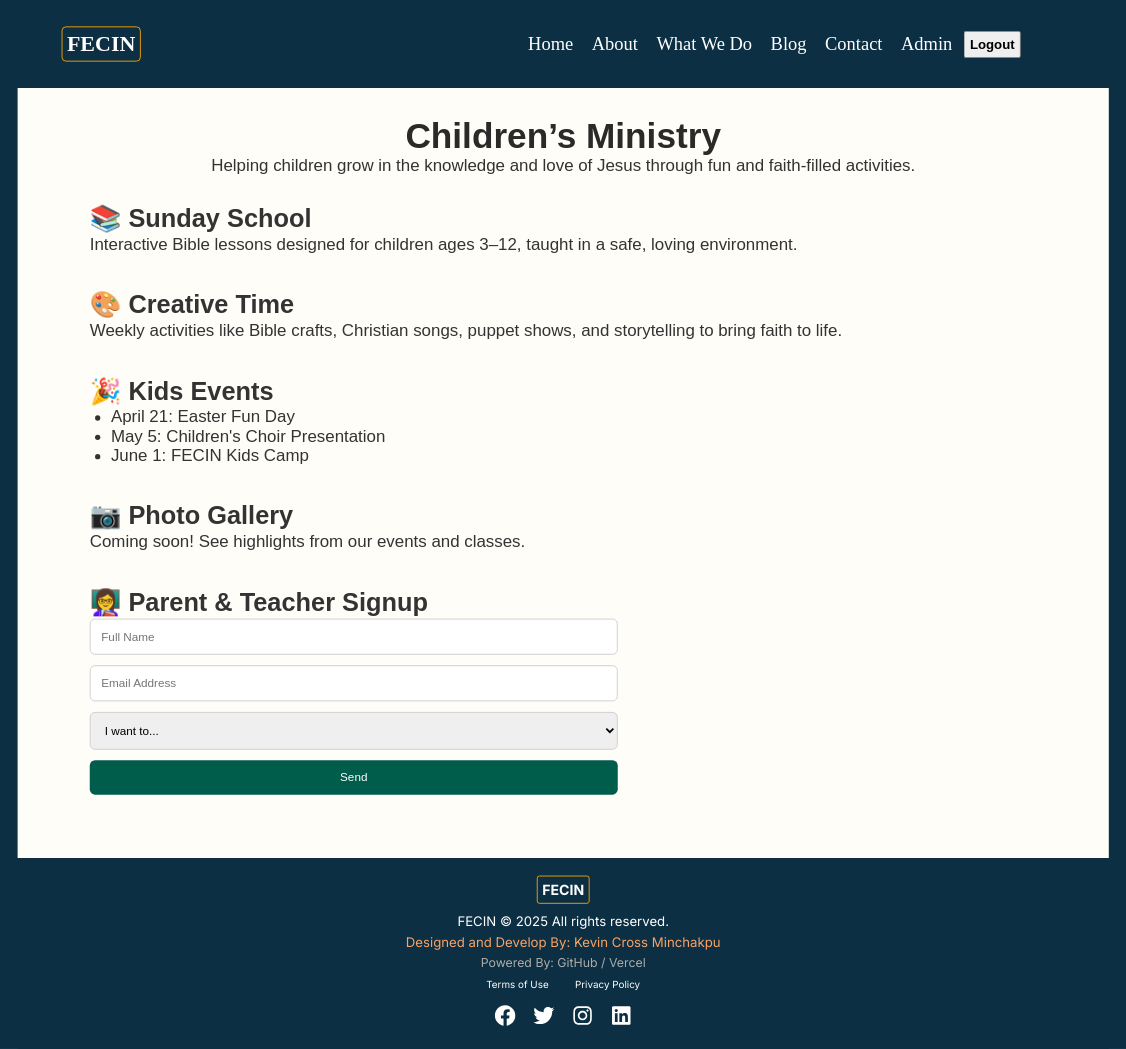
Repository: KCMinchakpu/fecin-projectgs497
Page: /youth-ministry
An editor plug-in stored every save of this project. The page is shown before and after the next save, followed by the edit.
The browser window is 1280 px wide. The pictures show the whole page, at 88% of full size.
The project was rebuilt for these pictures with package versions that can differ from the ones it lists, and the page was loaded fresh each time. The framework's server and built-in components were replaced by stand-ins that run in the browser. Also part of the build but not shown: next.config.mjs.

Above is the page before, as saved 2025-04-07 14:14:46.

### src/app/layout.js
import {Inter} from "next/font/google";
import "./globals.css";
import Navbar from "@/components/navbar/Navbar";
import Footer from "@/components/footer/Footer";

const inter = Inter({ subsets: ["latin"]});

export const metadata = {
  title: "FECIN Bible Translation Project",
  description: "This is the official FECIN Bible Translation Project",
};

export default function RootLayout({ children }) {
  return (
    <html lang="en">
      <body className={inter.className}>
        <div className="container">
        <Navbar />
        {children}
        <Footer />
        </div>
      </body>
    </html>
  );
}

### src/app/youth-ministry/page.jsx
import React from 'react';
import styles from './YouthMinistry.module.css';

const ChildrenMinistryPage = () => {
  return (
    <div className={styles.container}>
      <h1 className={styles.heading}>Children’s Ministry</h1>
      <p className={styles.intro}>
        Helping children grow in the knowledge and love of Jesus through fun and faith-filled activities.
      </p>

      <section className={styles.section}>
        <h2>📚 Sunday School</h2>
        <p>
          Interactive Bible lessons designed for children ages 3–12, taught in a safe, loving environment.
        </p>
      </section>

      <section className={styles.section}>
        <h2>🎨 Creative Time</h2>
        <p>
          Weekly activities like Bible crafts, Christian songs, puppet shows, and storytelling to bring faith to life.
        </p>
      </section>

      <section className={styles.section}>
        <h2>🎉 Kids Events</h2>
        <ul>
          <li>April 21: Easter Fun Day</li>
          <li>May 5: Children's Choir Presentation</li>
          <li>June 1: FECIN Kids Camp</li>
        </ul>
      </section>

      <section className={styles.section}>
        <h2>📷 Photo Gallery</h2>
        <p>
          Coming soon! See highlights from our events and classes.
        </p>
      </section>

      <section className={styles.section}>
        <h2>👩‍🏫 Parent & Teacher Signup</h2>
        <form className={styles.form}>
          <input type="text" placeholder="Full Name" required />
          <input type="email" placeholder="Email Address" required />
          <select>
            <option value="">I want to...</option>
            <option value="volunteer">Volunteer as a Teacher</option>
            <option value="register">Register my Child</option>
            <option value="donate">Donate Resources</option>
          </select>
          <button type="submit">Send</button>
        </form>
      </section>
    </div>
  );
};

export default ChildrenMinistryPage;

### src/app/globals.css
:root {
    --bg: #0c2f43;
    --text: white;
    --bgSoft: #091f2c;
    --textSoft: rgb(237, 232, 232);
    --btn: #de3c21;
    --bgWhite: white;
    --textGray: #444444;
}

/* Box sizing rules */
* {
    box-sizing: border-box;
    margin:0;
    padding: 0;
  }

/* Set core body defaults */
body {
    background-color: var(--bgWhite);
    color: var(--text);
  }

a {
    color: inherit;
    text-decoration: none;
}

.container {
  background-color: var(--bg);
  width: 100%; /* Default for small screens */
  margin: auto;
  padding-left: 20px;
  padding-right: 20px;
  min-height: 120vh;
  display: flex;
  flex-direction: column;
  justify-content: space-between;
}

### src/components/navbar/Navbar.jsx
import React from 'react';
import Link from 'next/link';
import Links from "./links/Links";
import styles from "./navbar.module.css";

const Navbar = () => {
  return (
    <div className={styles.container}>
      <Link href="/" className={styles.logo}>FECIN</Link>
      <div>
        <Links />
      </div>
    </div>
  );
};

export default Navbar;

### src/components/footer/Footer.jsx
import React from 'react';
import styles from './footer.module.css';
import { FaFacebook, FaTwitter, FaInstagram, FaLinkedin } from 'react-icons/fa';

const Footer = () => {
  return (
    <div className={styles.container}>
      <div className={styles.logo}>
        {/* You can add a logo image here if needed */}
        <h2>FECIN</h2>
      </div>
      <div>
        <p className={styles.text}>FECIN © 2025 All rights reserved.</p>
        <p className={styles.author}>
          <a href="https://www.linkedin.com/in/kevin-cross-minchakpu-7897379a" target="_blank">Designed and Develop By: Kevin Cross Minchakpu</a>
          </p>
        <p className={styles.company}>
          <a href="https://octatesystems.github.io/OSNigeria/">Powered By: GitHub / Vercel</a>
          </p>
      </div>
      <div className={styles.links}>
        <a href="/terms" className={styles.link}>Terms of Use</a>
        <a href="/privacy" className={styles.link}>Privacy Policy</a>
      </div>
      <div className={styles.socialIcons}>
        <a href="https://facebook.com" target="_blank" rel="noopener noreferrer" className={styles.icon}>
          <FaFacebook />
        </a>
        <a href="https://twitter.com" target="_blank" rel="noopener noreferrer" className={styles.icon}>
          <FaTwitter />
        </a>
        <a href="https://instagram.com" target="_blank" rel="noopener noreferrer" className={styles.icon}>
          <FaInstagram />
        </a>
        <a href="https://linkedin.com" target="_blank" rel="noopener noreferrer" className={styles.icon}>
          <FaLinkedin />
        </a>
      </div>
    </div>
  );
};

export default Footer;

### src/app/youth-ministry/YouthMinistry.module.css
.container {
    padding: 2rem;
    font-family: 'Arial, sans-serif';
    background-color: #fffdf7;
  }

  .heading {
    font-size: 2.5rem;
    text-align: center;
    color: #2a2a29;
    font-family: Arial, Helvetica, sans-serif;
  }

  .intro {
    text-align: center;
    color: #333;
    margin-bottom: 2rem;
    font-size: 1.2rem;
    font-family: Arial, Helvetica, sans-serif;
  }

  .section {
    margin-bottom: 2.5rem;
    margin-left: 50px;
    color: #333;
    font-size: 1.2rem;
    font-family: Arial, Helvetica, sans-serif;
  }

  .section ul {
    padding-left: 1.5rem;
    color: #333;
    font-size: 1.2rem;
    font-family: Arial, Helvetica, sans-serif;
  }

  .section h2 {
    margin-bottom: 2px;
  }
  .form {
    display: flex;
    flex-direction: column;
    gap: 0.75rem;
    width: 600px;
  }

  .form input,
  .form select {
    padding: 0.75rem;
    border: 1px solid #ccc;
    border-radius: 6px;
  }

  .form button {
    background-color: #005c4b;
    color: white;
    padding: 0.75rem;
    border: none;
    border-radius: 6px;
    cursor: pointer;
  }

  .form button:hover {
    background-color: #e68900;
  }

### src/components/navbar/links/Links.jsx
"use client"

import React from "react";
import {useState} from  "react";
import Image from 'next/image';
import NavLink from "../navLink/NavLink";
import styles from "./links.module.css";


const links = [
  { title: "Home", path: "/" },
  { title: "About", path: "/about" },
  { title: "What We Do", path: "/whatwedo" },
  { title: "Blog", path: "/blog" },
  { title: "Contact", path: "/contact" },
];

const Links = () => {
  const [open,setOpen] = useState(false)

  //Temporary
  const session = true
  const isAdmin = true

  return (
    <div className={styles.container}>
    <div className={styles.links}>
      {links.map((link) => (
        <NavLink item={link} key={link.title} />
      ))}
      {session ? (
          <>
          {isAdmin && <NavLink item={{title: "Admin", path: "/admin"}} />}
         <button className={styles.logout}>Logout</button>
         </>
        ) : (
          <NavLink item={{title: "Login", path: "/login"}} />
        )
      }
      </div>
      <Image
      className={styles.menuButton}
      src="/menu.png"
      alt="Hamburger menu"
      width={30}
      height={30} onClick={() => setOpen((prev) => !prev)}
      />

      {open && ( <div className={styles.mobileLinks}>
          {links.map((link) => (
        <NavLink item={link} key={link.title} />
      ))}
    </div>
)}
</div>
  );
};

export default Links;

### src/components/navbar/navbar.module.css
.container {
    height: 100px;
    display: flex;
    align-items: center;
    justify-content: space-between;
}

.logo {
    font-size: 25px;
    font-weight: bold;
    font-family: "Play", serif;
    font-weight: 700;
    font-style: normal;
    border: 1.5px solid orange;
    padding: 5px;
    border-radius: 5px;
    margin-left: 50px;
}

### src/components/footer/footer.module.css
/* Footer Container */
.container {
    background-color: var(--bg);
    color: white;
    display: flex;
    flex-direction: column;
    align-items: center;
    justify-content: space-between;
    padding: 20px;
    text-align: center;
  }

  .logo h2 {
    font-size: 1rem;
    margin-bottom: 10px;
    border: 1px solid orange;
    padding: 5px;
    border-radius: 3px;
  }

  .text {
    margin-bottom: 5px;
    font-size: 15px;

  }
  .author {
    margin-bottom: 5px;
    font-size: 15px;
    color: rgb(250, 162, 99);
  }

  .company {
    margin-bottom: 5px;
    font-size: 14px;
    color: rgb(174, 172, 170);
  }

  .author:hover {
    text-decoration: underline;
  }

  .company:hover {
    text-decoration: underline;
  }

  .links {
    margin-bottom: 15px;
  }

  .link {
    color: white;
    margin: 0 15px;
    text-decoration: none;
    font-size: 0.7rem;
  }

  .link:hover {
    text-decoration: underline;
  }

  .socialIcons {
    display: flex;
    justify-content: center;
    gap: 20px;
  }

  .icon {
    font-size: 1.5rem;
    color: white;
    transition: color 0.3s ease;
  }

  .icon:hover {
    color: #0070f3;
  }


  @media (min-width: 768px) {
    .container {
      flex-direction: column;
      align-items: center;
      justify-content: space-around;
    }
  }

### src/components/navbar/navLink/navLink.jsx
"use client";

import React from "react";
import Link from "next/link";
import { usePathname } from "next/navigation";
import styles from "./navLink.module.css";

const NavLink = ({ item }) => {
  const pathName = usePathname();
  return (
    <Link
      href={item.path}
      className={`${styles.container} ${
        pathName === item.path ? styles.active : ""
      }`}
    >
      {item.title}
    </Link>
  );
};

export default NavLink;

### src/components/navbar/links/links.module.css
.links {
    display: flex;
    align-items: center;
    gap: 5px;
    font-family: "Play", serif;
    font-style: normal;
    margin-right: 100px;
    font-size: 21px;
}

.logout {
    padding: 5px;
    cursor: pointer;
    font-weight: bold;
    font-size: 15px;
}

.menuButton,
.mobileLinks {
   display: none;
  }

  @media (max-width: 480px){
    .links {
        display: none;
    }

    .menuButton {
        display: block;
        cursor: pointer;
      }

    .mobileLinks {
        position: absolute;
        top: 100px;
        right: 0;
        width: 50%;
        height: calc(100vh-100px);
        /*background-color: var(--bg);*/
       background-color: brown;
        display: flex;
        flex-direction: column;
        align-items: center;
        justify-content: center;
        gap: 10px;
      }
  }

### src/components/navbar/navLink/navLink.module.css
.container {
    padding: 8px;
    text-align: center;


}

.active {
    background-color: var(--text);
    color: var(--btn);
}

After the next save:
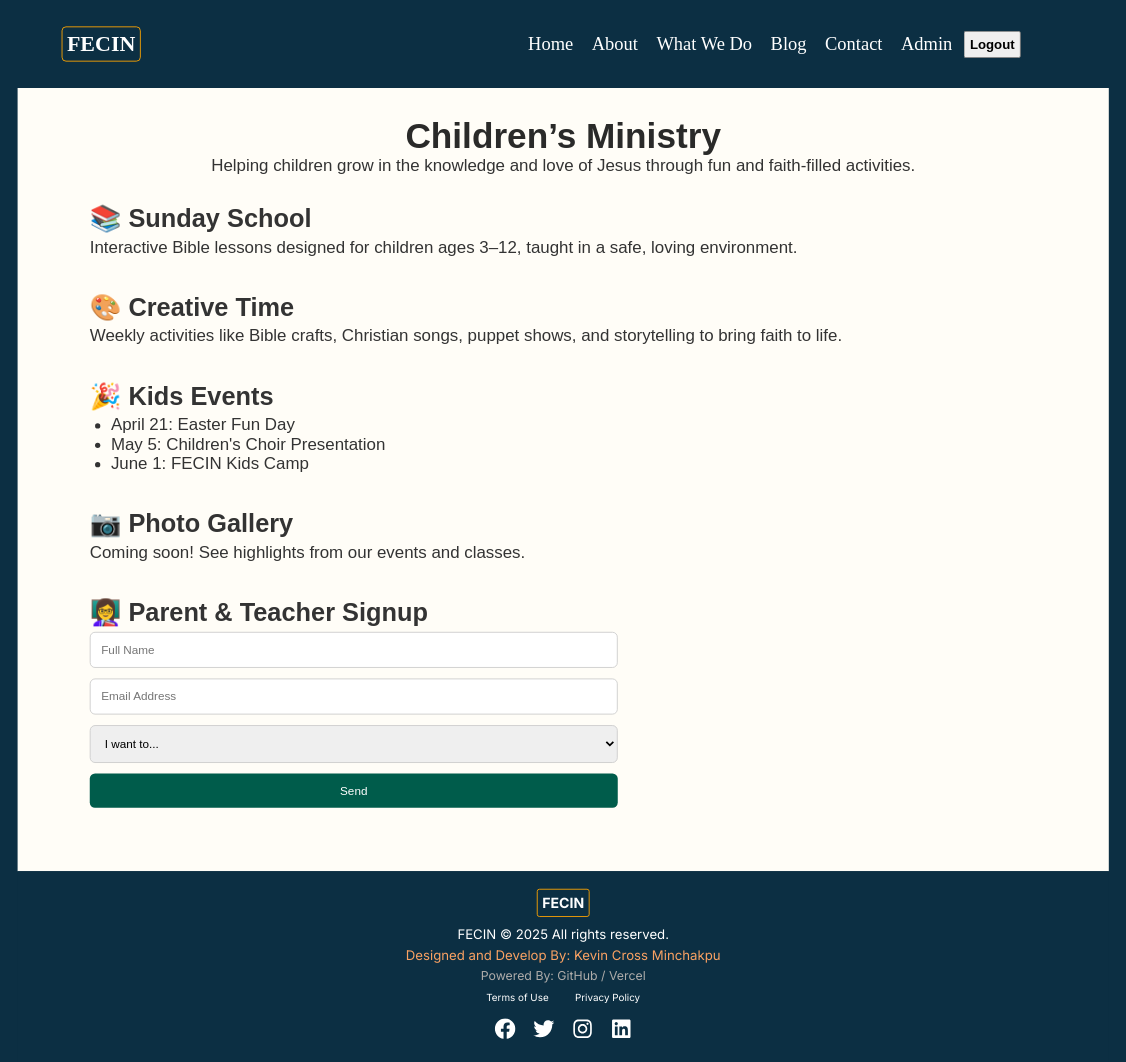
Saved 15 s later.
--- a/src/app/youth-ministry/YouthMinistry.module.css
+++ b/src/app/youth-ministry/YouthMinistry.module.css
@@ -35,7 +35,7 @@
   }
 
   .section h2 {
-    margin-bottom: 2px;
+    margin-bottom: 5px;
   }
   .form {
     display: flex;
